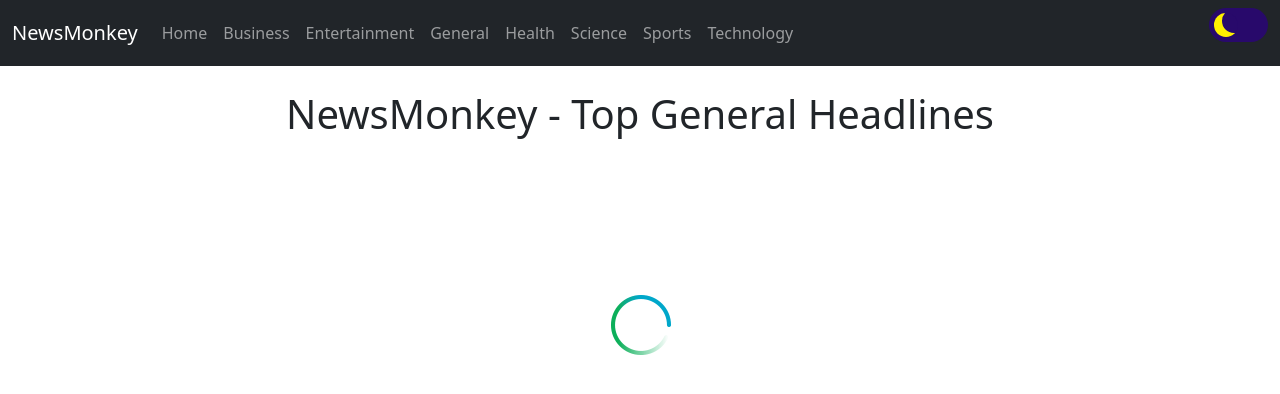
Repository: dhruvdornal/NewsBytes
Page: /
These files come from the project's save history. The page is drawn as it stood at one moment and after a run of saves; the edit follows.
The browser window is 1280 px wide. The pictures show the whole page.
The page's requests for data from a server got no answer. The project was rebuilt for these pictures with package versions that can differ from the ones it lists, and the page was loaded fresh each time. No one was signed in, and anything a server would have sent is missing. Also part of the build but not shown: src/components/NewsItems.js, src/components/NotFound.js.

Above is the page before, as saved 2023-03-14 19:00:43.

### public/index.html
<!DOCTYPE html>
<html lang="en">
  <head>
    <meta charset="utf-8" />
    <link rel="icon" type="image/png" href="%PUBLIC_URL%/logo.png" />
    <meta name="viewport" content="width=device-width, initial-scale=1" />
    <meta name="theme-color" content="#000000" />
    <meta
      name="description"
      content="Web site created using create-react-app"
    />
    <link rel="apple-touch-icon" href="%PUBLIC_URL%/logo192.png" />
    <!--
      manifest.json provides metadata used when your web app is installed on a
      user's mobile device or desktop. See https://developers.google.com/web/fundamentals/web-app-manifest/
    -->
    <link rel="manifest" href="%PUBLIC_URL%/manifest.json" />
    <link href="https://cdn.jsdelivr.net/npm/bootstrap@5.3.0-alpha1/dist/css/bootstrap.min.css" rel="stylesheet" integrity="sha384-GLhlTQ8iRABdZLl6O3oVMWSktQOp6b7In1Zl3/Jr59b6EGGoI1aFkw7cmDA6j6gD" crossorigin="anonymous">
    <!--
      Notice the use of %PUBLIC_URL% in the tags above.
      It will be replaced with the URL of the `public` folder during the build.
      Only files inside the `public` folder can be referenced from the HTML.

      Unlike "/favicon.ico" or "favicon.ico", "%PUBLIC_URL%/favicon.ico" will
      work correctly both with client-side routing and a non-root public URL.
      Learn how to configure a non-root public URL by running `npm run build`.
    -->
    <title>News Bite</title>
  </head>
  <body>
    <noscript>You need to enable JavaScript to run this app.</noscript>
    <div id="root"></div>
    <!--
      This HTML file is a template.
      If you open it directly in the browser, you will see an empty page.

      You can add webfonts, meta tags, or analytics to this file.
      The build step will place the bundled scripts into the <body> tag.

      To begin the development, run `npm start` or `yarn start`.
      To create a production bundle, use `npm run build` or `yarn build`.
    -->
    <script src="https://cdn.jsdelivr.net/npm/@popperjs/core@2.11.6/dist/umd/popper.min.js" integrity="sha384-oBqDVmMz9ATKxIep9tiCxS/Z9fNfEXiDAYTujMAeBAsjFuCZSmKbSSUnQlmh/jp3" crossorigin="anonymous"></script>
    <script src="https://cdn.jsdelivr.net/npm/bootstrap@5.3.0-alpha1/dist/js/bootstrap.min.js" integrity="sha384-mQ93GR66B00ZXjt0YO5KlohRA5SY2XofN4zfuZxLkoj1gXtW8ANNCe9d5Y3eG5eD" crossorigin="anonymous"></script>
  </body>
</html>

### src/index.css
.infinite-scroll-component {
    overflow: hidden !important;
  }
  :root{
    --body_background: white;
    --body_color: black;
    --link_color: navy;
  }

[data-theme="dark"]{
  --body_background: #282c34;
    --body_color: white;
    --link_color: cyan;
}
*{
  transition: all 0.3s ease-in-out;
}

### src/App.js

import './App.css';

import React, { Component } from 'react'
import NavBar from './components/NavBar';
import News from './components/News';

import {
  Route,
  Routes,
  BrowserRouter,
} from "react-router-dom";
import NotFound from './components/NotFound';

export default class App extends Component {

  render() {

    return (
      <div>
    <BrowserRouter>
    <NavBar/>
        <Routes>
            <Route exact path="/" element={<News key="general"  country="in" category="general" />} />
            <Route exact path="/NewsByte" element={<News key="general"  country="in" category="general" />} />
            <Route exact path="/general" element={<News key="general"  country="in" category="general" />} />
            <Route exact path="/sports" element={<News key="sports"  country="in" category="sports" />} />
            <Route exact path="/science" element={<News key="science"  country="in" category="science" />} />
            <Route exact path="/entertainment" element={<News key="entertainment"  country="in" category="entertainment" />} />
            <Route exact path="/business" element={<News key="business"  country="in" category="business" />}/>
            <Route exact path="/technology" element={<News key="technology"  country="in" category="technology" />} />
            <Route exact path="/health" element={<News key="health"  country="in" category="health" />} />



            <Route exact path="*" element={<NotFound/>}/>
        </Routes>
    </BrowserRouter>
      </div>
    )
  }
}

### src/App.css
.App {
  text-align: center;
}

.App-logo {
  height: 40vmin;
  pointer-events: none;
}

@media (prefers-reduced-motion: no-preference) {
  .App-logo {
    animation: App-logo-spin infinite 20s linear;
  }
}

.App-header {
  background-color: #282c34;
  min-height: 100vh;
  display: flex;
  flex-direction: column;
  align-items: center;
  justify-content: center;
  font-size: calc(10px + 2vmin);
  color: white;
}

.App-link {
  color: #61dafb;
}

@keyframes App-logo-spin {
  from {
    transform: rotate(0deg);
  }
  to {
    transform: rotate(360deg);
  }
}

/*======================
    404 page
=======================*/


.page_404{ padding:40px 0; background:#fff; font-family: 'Arvo', serif;
}

.page_404  img{ width:100%;}

.four_zero_four_bg{

 background-image: url(https://cdn.dribbble.com/users/285475/screenshots/2083086/dribbble_1.gif);
    height: 400px;
    background-position: center;
 }


 .four_zero_four_bg h1{
 font-size:80px;
 }

  .four_zero_four_bg h3{
			 font-size:80px;
			 }

			 .link_404{
	color: #fff!important;
    padding: 10px 20px;
    background: #39ac31;
    margin: 20px 0;
    display: inline-block;}
	.contant_box_404{ margin-top:-50px;}

 /* The switch - the box around the slider */
.switch {
  font-size: 17px;
  position: relative;
  display: inline-block;
  width: 3.5em;
  height: 2em;
}

/* Hide default HTML checkbox */
.switch input {
  opacity: 0;
  width: 0;
  height: 0;
}

/* The slider */
.slider {
  --background: #28096b;
  position: absolute;
  cursor: pointer;
  top: 0;
  left: 0;
  right: 0;
  bottom: 0;
  background-color: var(--background);
  transition: .5s;
  border-radius: 30px;
}

.slider:before {
  position: absolute;
  content: "";
  height: 1.4em;
  width: 1.4em;
  border-radius: 50%;
  left: 10%;
  bottom: 15%;
  box-shadow: inset 8px -4px 0px 0px #fff000;
  background: var(--background);
  transition: .5s;
}

input:checked + .slider {
  background-color: #522ba7;
}

input:checked + .slider:before {
  transform: translateX(100%);
  box-shadow: inset 15px -4px 0px 15px #fff000;
}

### src/components/NavBar.js
// import React, { Component } from 'react'
// import { Link } from 'react-router-dom'
// export default class NavBar extends Component {
//   render() {
//     return (
//       <div>
//         <nav className='navbar fixed-top navbar-expand-lg bg-dark'>
//         <div className="container-fluid">
//     <Link className="navbar-brand text-light" to="/">NewsBytes</Link>
//     <button className="navbar-toggler" type="button" data-bs-toggle="collapse" data-bs-target="#navbarSupportedContent" aria-controls="navbarSupportedContent" aria-expanded="false" aria-label="Toggle navigation">
//       <span className="navbar-toggler-icon"></span>
//     </button>
//     <div className="collapse navbar-collapse" id="navbarSupportedContent">
//       <ul className="navbar-nav me-auto mb-2 mb-lg-0">
//         <li className="nav-item">
//           <Link className="nav-link active text-light" aria-current="page" to="/">Home</Link>
//         </li>
//         <li className="nav-item">
//         </li>
//         <li className="nav-item dropdown">
//           <Link className="nav-link dropdown-toggle text-light" to="#" role="button" data-bs-toggle="dropdown" aria-expanded="false">
//             Category
//           </Link>
//           <ul className="dropdown-menu text-light">
//             <li><Link className="dropdown-item" to="/business">Business</Link></li>
//             <li><Link className="dropdown-item" to="/entertainment">Entertainment</Link></li>
//             <li><Link className="dropdown-item" to="/general">General</Link></li>
//             <li><Link className="dropdown-item" to="/health">Health</Link></li>
//             <li><Link className="dropdown-item" to="/science">Science</Link></li>
//             <li><Link className="dropdown-item" to="/sports">Sports</Link></li>
//             <li><Link className="dropdown-item" to="/technology">Technology</Link></li>
//           </ul>
//         </li>

//       </ul>
//     </div>
//   </div>
// </nav>
//       </div>
//     )
//   }
// }


import React from 'react'
import { Link } from "react-router-dom";



const NavBar = (setDarkMode) => {


    return (
        <div>
            <nav className="navbar fixed-top navbar-expand-lg navbar-dark bg-dark">
                <div className="container-fluid">
                    <Link className="navbar-brand" to="/">NewsMonkey</Link>
                    <button className="navbar-toggler" type="button" data-bs-toggle="collapse" data-bs-target="#navbarSupportedContent" aria-controls="navbarSupportedContent" aria-expanded="false" aria-label="Toggle navigation">
                        <span className="navbar-toggler-icon"></span>
                    </button>
                    <div className="collapse navbar-collapse" id="navbarSupportedContent">
                        <ul className="navbar-nav me-auto mb-2 mb-lg-0">
                            <li className="nav-item">
                                <Link className="nav-link" aria-current="page" to="/">Home</Link>
                            </li>
                            <li className="nav-item"><Link className="nav-link" to="/business">Business</Link></li>
                            <li className="nav-item"><Link className="nav-link" to="/entertainment">Entertainment</Link></li>
                            <li className="nav-item"><Link className="nav-link" to="/general">General</Link></li>
                            <li className="nav-item"><Link className="nav-link" to="/health">Health</Link></li>
                            <li className="nav-item"><Link className="nav-link" to="/science">Science</Link></li>
                            <li className="nav-item"><Link className="nav-link" to="/sports">Sports</Link></li>
                            <li className="nav-item"><Link className="nav-link" to="/technology">Technology</Link></li>
                        </ul>
                        <ul>
                        <label className="switch">
                          <input type="checkbox" />
                          <span className="slider"></span>
                        </label>
                        </ul>
                    </div>
                </div>
            </nav>
        </div>
    )

}

export default NavBar

### src/components/News.js

import React, {useEffect, useState} from 'react'

import NewsItem from './NewsItems'
import Spinner from './Spinner';
import PropTypes from 'prop-types'
import InfiniteScroll from "react-infinite-scroll-component";

const News = (props)=>{
    const [articles, setArticles] = useState([])
    const [loading, setLoading] = useState(true)
    const [page, setPage] = useState(1)
    const [totalResults, setTotalResults] = useState(0)

    const capitalizeFirstLetter = (string) => {
        return string.charAt(0).toUpperCase() + string.slice(1);
    }

    const updateNews = async ()=> {
        const url = `https://newsapi.org/v2/top-headlines?country=${props.country}&category=${props.category}&apiKey=432c8b77277c4c3f902b88850c279f80&page=${page}&pageSize=12`;
        setLoading(true)
        let data = await fetch(url);
        //props.setProgress(30);
        let parsedData = await data.json()
        //props.setProgress(70);
        setArticles(parsedData.articles)
        setTotalResults(parsedData.totalResults)
        setLoading(false)
        //props.setProgress(100);
    }

    useEffect(() => {
        document.title = `${capitalizeFirstLetter(props.category)} - NewsMonkey`;
        updateNews();
        // eslint-disable-next-line
    }, [])


    const fetchMoreData = async () => {
        const url = `https://newsapi.org/v2/top-headlines?country=${props.country}&category=${props.category}&apiKey=432c8b77277c4c3f902b88850c279f80&page=${page+1}&pageSize=12`;
        setPage(page+1)
        let data = await fetch(url);
        let parsedData = await data.json()
        setArticles(articles.concat(parsedData.articles))
        setTotalResults(parsedData.totalResults)
      };

        return (
            <>
                <h1 className="text-center" style={{ margin: '35px 0px', marginTop: '90px' }}>NewsMonkey - Top {capitalizeFirstLetter(props.category)} Headlines</h1>
                {loading && <Spinner />}
                <InfiniteScroll
                    dataLength={articles.length}
                    next={fetchMoreData}
                    hasMore={articles.length !== totalResults}
                    loader={<Spinner/>}
                >
                    <div className="container">

                    <div className="row">
                        {articles.map((element) => {
                            return <div className="col-md-4" key={element.url}>
                                <NewsItem title={element.title ? element.title : ""} description={element.description ? element.description : ""} imageUrl={element.urlToImage} newsUrl={element.url} author={element.author} date={element.publishedAt} source={element.source.name} />
                            </div>
                        })}
                    </div>
                    </div>
                </InfiniteScroll>
            </>
        )

}


News.defaultProps = {
    country: 'in',
    pageSize: 8,
    category: 'general',
}

News.propTypes = {
    country: PropTypes.string,
    pageSize: PropTypes.number,
    category: PropTypes.string,
}

export default News

### src/components/Spinner.js
import React, { Component } from 'react'
import loading from './loading.gif'
export class Spinner extends Component {
  render() {
    return (
      <div className='text-center'>
        <img src={loading} alt="loading"></img>
      </div>
    )
  }
}

export default Spinner

Loaded but not shown: src/index.js (common file); src/reportWebVitals.js (common file)

After the next 2 saves:
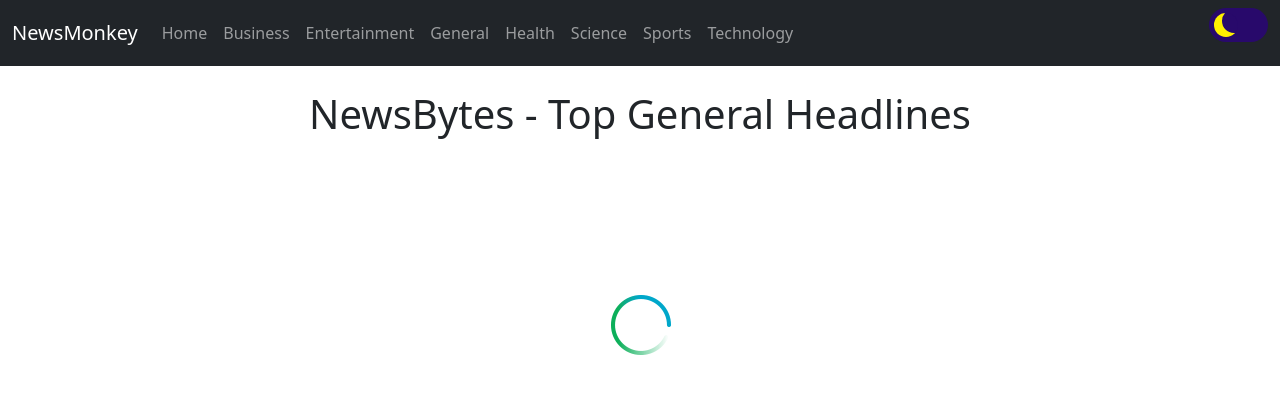
The 2 saves are shown as one change because they came seconds apart.
The last was saved 20 min 53 s later.
--- a/src/components/News.js
+++ b/src/components/News.js
@@ -47,7 +47,7 @@
 
         return (
             <>
-                <h1 className="text-center" style={{ margin: '35px 0px', marginTop: '90px' }}>NewsMonkey - Top {capitalizeFirstLetter(props.category)} Headlines</h1>
+                <h1 className="text-center" style={{ margin: '35px 0px', marginTop: '90px' }}>NewsBytes - Top {capitalizeFirstLetter(props.category)} Headlines</h1>
                 {loading && <Spinner />}
                 <InfiniteScroll
                     dataLength={articles.length}
